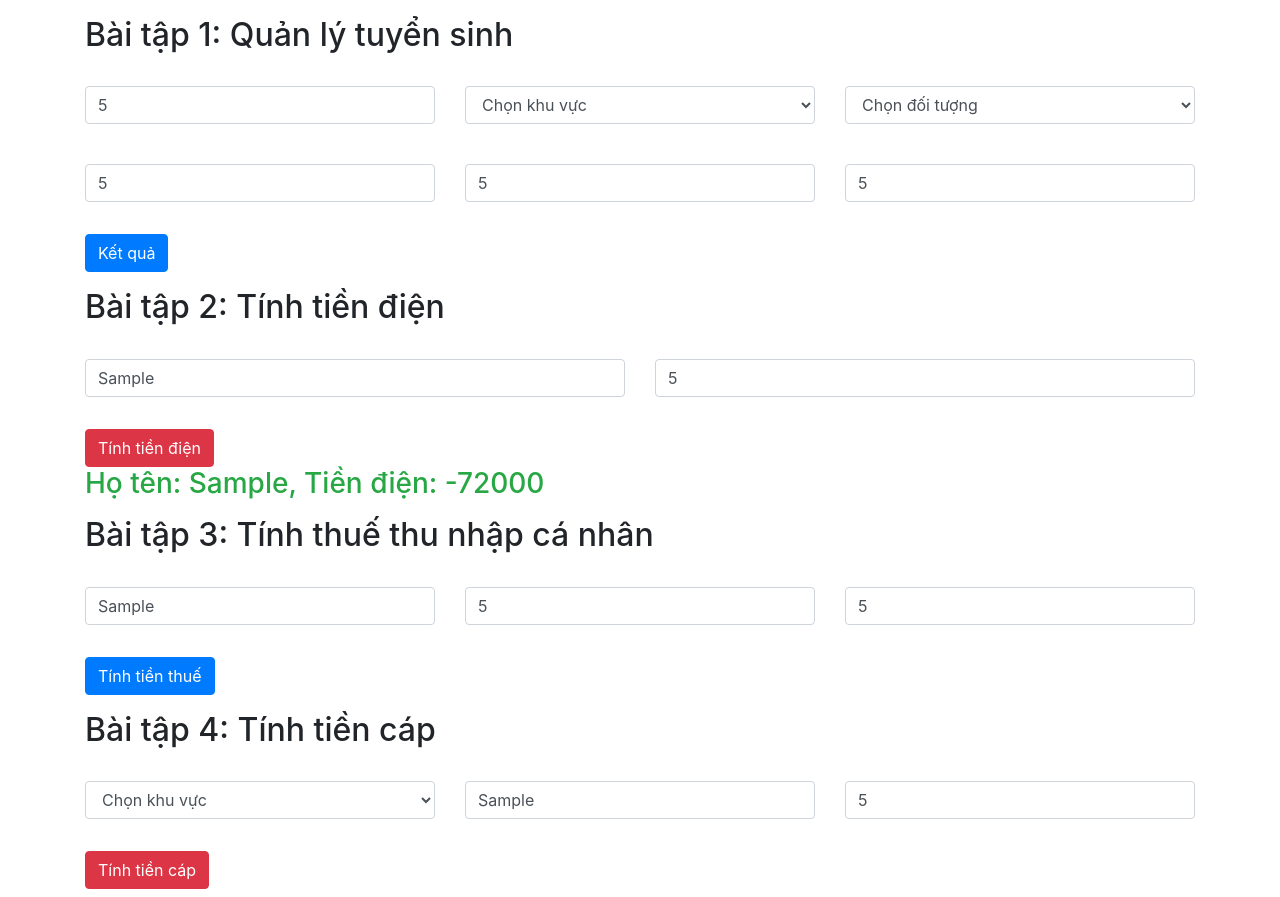
Repository: thanhfrankie/BC10-LeMinhThanh-Js-b5
Page: index.html
The author's editor kept a copy of each file at every save. The page is drawn from the files as they stood at one save, then again after a run of saves.
The browser window is 1280 px wide. The pictures show the whole page.
Empty fields were first filled with sample values (such as "Sample", 5 or name@example.com).
After loading, the first visible `button.btn-danger` was clicked once.

Above is the page before, as saved 2023-12-15 21:27:26.

### index.html
<!DOCTYPE html>
<html lang="en">
  <head>
    <title>Title</title>
    <!-- Required meta tags -->
    <meta charset="utf-8" />
    <meta
      name="viewport"
      content="width=device-width, initial-scale=1, shrink-to-fit=no"
    />

    <!-- Bootstrap CSS -->
    <link
      rel="stylesheet"
      href="https://stackpath.bootstrapcdn.com/bootstrap/4.3.1/css/bootstrap.min.css"
      integrity="sha384-ggOyR0iXCbMQv3Xipma34MD+dH/1fQ784/j6cY/iJTQUOhcWr7x9JvoRxT2MZw1T"
      crossorigin="anonymous"
    />
  </head>
  <body>
    <!-- Bài tập 1 -->
    <div class="container">
      <h2 class="mt-3">Bài tập 1: Quản lý tuyển sinh</h2>
      <div class="row">
        <div class="col-sm-4">
          <div class="form-group">
            <label for="diem-chuan"></label>
            <input
              type="number"
              class="form-control"
              name=""
              id="diem-chuan"
              aria-describedby="helpId"
              placeholder="Điểm chuẩn"
              required
            />
          </div>
        </div>
        <div class="col-sm-4">
          <div class="form-group">
            <label for="khu-vuc"></label>
            <select class="form-control" id="khu-vuc">
              <option selected>Chọn khu vực</option>
              <option>A</option>
              <option>B</option>
              <option>C</option>
            </select>
          </div>
        </div>
        <div class="col-sm-4">
          <div class="form-group">
            <label for="doi-tuong"></label>
            <select class="form-control" id="doi-tuong">
              <option selected>Chọn đối tượng</option>
              <option>1</option>
              <option>2</option>
              <option>3</option>
            </select>
          </div>
        </div>
      </div>
      <div class="row">
        <div class="col-sm-4">
          <div class="form-group">
            <label for="diem-mon-thu-1"></label>
            <input
              type="number"
              class="form-control"
              name=""
              id="diem-mon-thu-1"
              aria-describedby="helpId"
              placeholder="Điểm môn thứ 1"
              required
            />
          </div>
        </div>
        <div class="col-sm-4">
          <div class="form-group">
            <label for="diem-mon-thu-2"></label>
            <input
              type="number"
              class="form-control"
              name=""
              id="diem-mon-thu-2"
              aria-describedby="helpId"
              placeholder="Điểm môn thứ 2"
              required
            />
          </div>
        </div>
        <div class="col-sm-4">
          <div class="form-group">
            <label for="diem-mon-thu-3"></label>
            <input
              type="number"
              class="form-control"
              name=""
              id="diem-mon-thu-3"
              aria-describedby="helpId"
              placeholder="Điểm môn thứ 3"
              required
            />
          </div>
        </div>
      </div>
      <button
        type="button"
        onclick="tuyenSinh()"
        class="btn btn-primary mt-3"
        id="ket-qua-tuyen-sinh"
      >
        Kết quả
      </button>
      <h3 id="ket-qua-cuoi-cung" class="text-success"></h3>
    </div>
    <!-- Bài tập 2 -->
    <div class="container">
      <h2 class="mt-3">Bài tập 2: Tính tiền điện</h2>
      <div class="row">
        <div class="col-sm-6">
          <div class="form-group">
            <label for="ho-ten"></label>
            <input
              type="text"
              class="form-control"
              name=""
              id="ho-ten"
              aria-describedby="helpId"
              placeholder="Nhập họ và tên"
              required
            />
          </div>
        </div>
        <div class="col-sm-6">
          <div class="form-group">
            <label for="so-kw"></label>
            <input
              type="number"
              class="form-control"
              name=""
              id="so-kw"
              aria-describedby="helpId"
              placeholder="Nhập số kw"
              required
            />
          </div>
        </div>
      </div>
      <button type="button" onclick="tinhTienDien()" class="btn btn-danger mt-3">
        Tính tiền điện
      </button>

      <h3 id="thong-tin-hoa-don" class="text-success"></h3>
    </div>
    <!-- Bài tập 3-->
    <div class="container">
      <h2 class="mt-3">Bài tập 3: Tính thuế thu nhập cá nhân</h2>
      <div class="row">
        <div class="col-sm-4">
          <div class="form-group">
            <label for="so-luong-USD"></label>
            <input
              type="text"
              class="form-control"
              name=""
              id="so-luong-USD"
              aria-describedby="helpId"
              placeholder="Nhập số tiền USD"
              required
            />
          </div>
        </div>
        <div class="col-sm-4">
          <div class="form-group">
            <label for="so-luong-USD"></label>
            <input
              type="number"
              class="form-control"
              name=""
              id="so-luong-USD"
              aria-describedby="helpId"
              placeholder="Nhập số tiền USD"
              required
            />
          </div>
        </div>
        <div class="col-sm-4">
          <div class="form-group">
            <label for="so-luong-USD"></label>
            <input
              type="number"
              class="form-control"
              name=""
              id="so-luong-USD"
              aria-describedby="helpId"
              placeholder="Nhập số tiền USD"
              required
            />
          </div>
        </div>
      </div>
      <button type="button" onclick="quyDoiTien()" class="btn btn-primary mt-3">
        Tính tiền thuế
      </button>
      <h3 id="so-luong-VND" class="text-success"></h3>
    </div>
    <!-- Bài tập 4-->
    <div class="container">
      <h2 class="mt-3">Bài tập 4: Tính tiền cáp</h2>
      <div class="row">
        <div class="col-sm-4">
          <div class="form-group">
            <label for=""></label>
            <select class="form-control" id="">
              <option selected>Chọn khu vực</option>
              <option>A</option>
              <option>B</option>
              <option>C</option>
            </select>
          </div>
        </div>
        <div class="col-sm-4">
          <div class="form-group">
            <label for="so-luong-USD"></label>
            <input
              type="text"
              class="form-control"
              name=""
              id="so-luong-USD"
              aria-describedby="helpId"
              placeholder="Nhập số tiền USD"
              required
            />
          </div>
        </div>
        <div class="col-sm-4">
          <div class="form-group">
            <label for="so-luong-USD"></label>
            <input
              type="number"
              class="form-control"
              name=""
              id="so-luong-USD"
              aria-describedby="helpId"
              placeholder="Nhập số tiền USD"
              required
            />
          </div>
        </div>
      </div>
      <button type="button" onclick="quyDoiTien()" class="btn btn-danger mt-3">
        Tính tiền cáp
      </button>

      <h3 id="so-luong-VND" class="text-success"></h3>
    </div>

    <!-- Optional JavaScript -->
    <!-- jQuery first, then Popper.js, then Bootstrap JS -->
    <script
      src="https://code.jquery.com/jquery-3.3.1.slim.min.js"
      integrity="sha384-q8i/X+965DzO0rT7abK41JStQIAqVgRVzpbzo5smXKp4YfRvH+8abtTE1Pi6jizo"
      crossorigin="anonymous"
    ></script>
    <script
      src="https://cdnjs.cloudflare.com/ajax/libs/popper.js/1.14.7/umd/popper.min.js"
      integrity="sha384-UO2eT0CpHqdSJQ6hJty5KVphtPhzWj9WO1clHTMGa3JDZwrnQq4sF86dIHNDz0W1"
      crossorigin="anonymous"
    ></script>
    <script
      src="https://stackpath.bootstrapcdn.com/bootstrap/4.3.1/js/bootstrap.min.js"
      integrity="sha384-JjSmVgyd0p3pXB1rRibZUAYoIIy6OrQ6VrjIEaFf/nJGzIxFDsf4x0xIM+B07jRM"
      crossorigin="anonymous"
    ></script>
    <script src="./index.js"></script>
  </body>
</html>

### index.js
// Bài tập 1
/**
 * B1: tạo biến, lấy giá trị từ input
 * B2: Xét các trường hợp
 * + nếu có môn điểm 0 => rớt
 * + chọn điểm chuẩn: ví dụ: 25
 * + tính điểm ưu tiên
 * + tính điểm tổng kết = tổng 3 môn thi + điểm ưu tiên
 * + so sánh điểm tổng kết và điểm chuẩn để kết luận đậu hay rớt
 * + gán sự kiện cho button
 * B3: hiển thị kết quả
 */
function tuyenSinh() {
  var diemChuan = document.getElementById("diem-chuan").value * 1;
  var diemMon1 = document.getElementById("diem-mon-thu-1").value * 1;
  var diemMon2 = document.getElementById("diem-mon-thu-2").value * 1;
  var diemMon3 = document.getElementById("diem-mon-thu-3").value * 1;
  var tongDiem3Mon = diemMon1 + diemMon2 + diemMon3;
  var khuVucA = 2;
  var khuVucB = 1;
  var khuVucC = 0.5;
  var doiTuong1 = 2.5;
  var doiTuong2 = 1.5;
  var doiTuong3 = 1;
  var isKhuVucUuTien = true;
  var isDoiTuongUuTien = true;
  var diemKhuVuc = document.getElementById("khu-vuc").value;
  var diemDoiTuong = document.getElementById("doi-tuong").value * 1;
  var diemUuTien;
  var diemTongKet;
  var ketQua = document.getElementById("ket-qua-cuoi-cung");

  if (diemMon1 || diemMon2 || diemMon3 == 0) {
    ketQua.innerText = `Kết quả: Rớt!!!`;
  }

  if (!isDoiTuongUuTien && !isKhuVucUuTien) {
    diemUuTien === 0;
    diemTongKet = tongDiem3Mon;
    if (diemTongKet < diemChuan) {
      ketQua.innerText = `Kết quả: ${diemTongKet} - Rớt!!!`;
    }
    ketQua.innerText = `Kết quả: ${diemTongKet} - Đậu `;
  }
  if (!isDoiTuongUuTien && isKhuVucUuTien) {
    if (diemKhuVuc == "A") {
      diemKhuVuc = khuVucA;
      diemUuTien = diemKhuVuc;
      diemTongKet = tongDiem3Mon + diemUuTien;
      if (diemTongKet < diemChuan) {
        ketQua.innerText = `Kết quả: ${diemTongKet} - Rớt!!!`;
      }
      ketQua.innerText = `Kết quả: ${diemTongKet} - Đậu `;
    }
    if (diemKhuVuc == "B") {
      diemKhuVuc = khuVucB;
      diemUuTien = diemKhuVuc;
      diemTongKet = tongDiem3Mon + diemUuTien;
      if (diemTongKet < diemChuan) {
        ketQua.innerText = `Kết quả: ${diemTongKet} - Rớt!!!`;
      }
      ketQua.innerText = `Kết quả: ${diemTongKet} - Đậu `;
    }
    if (diemKhuVuc == "C") {
      diemKhuVuc = khuVucC;
      diemUuTien = diemKhuVuc;
      diemTongKet = tongDiem3Mon + diemUuTien;
      if (diemTongKet < diemChuan) {
        ketQua.innerText = `Kết quả: ${diemTongKet} - Rớt!!!`;
      }
      ketQua.innerText = `Kết quả: ${diemTongKet} - Đậu `;
    }
  }
  if (isDoiTuongUuTien && !isKhuVucUuTien) {
    if (diemDoiTuong == "1") {
      diemDoiTuong = doiTuong1;
      diemUuTien = diemDoiTuong;
      diemTongKet = tongDiem3Mon + diemUuTien;
      if (diemTongKet < diemChuan) {
        ketQua.innerText = `Kết quả: ${diemTongKet} - Rớt!!!`;
      }
      ketQua.innerText = `Kết quả: ${diemTongKet} - Đậu `;
    }
    if (diemDoiTuong == "2") {
      diemDoiTuong = doiTuong2;
      diemUuTien = diemDoiTuong;
      diemTongKet = tongDiem3Mon + diemUuTien;
      if (diemTongKet < diemChuan) {
        ketQua.innerText = `Kết quả: ${diemTongKet} - Rớt!!!`;
      }
      ketQua.innerText = `Kết quả: ${diemTongKet} - Đậu `;
    }
    if (diemDoiTuong == "3") {
      diemDoiTuong = doiTuong3;
      diemUuTien = diemDoiTuong;
      diemTongKet = tongDiem3Mon + diemUuTien;
      if (diemTongKet < diemChuan) {
        ketQua.innerText = `Kết quả: ${diemTongKet} - Rớt!!!`;
      }
      ketQua.innerText = `Kết quả: ${diemTongKet} - Đậu `;
    }
  }
  if (isDoiTuongUuTien && isKhuVucUuTien) {
    if (diemDoiTuong == 1 && diemKhuVuc == "A") {
      diemUuTien = doiTuong1 + khuVucA;
      diemTongKet = tongDiem3Mon + diemUuTien;
      if (diemTongKet < diemChuan) {
        ketQua.innerText = `Kết quả: ${diemTongKet} - Rớt!!!`;
      }
      ketQua.innerText = `Kết quả: ${diemTongKet} - Đậu `;
    }
    if (diemDoiTuong == 1 && diemKhuVuc == "B") {
      diemUuTien = doiTuong1 + khuVucB;
      diemTongKet = tongDiem3Mon + diemUuTien;
      if (diemTongKet < diemChuan) {
        ketQua.innerText = `Kết quả: ${diemTongKet} - Rớt!!!`;
      }
      ketQua.innerText = `Kết quả: ${diemTongKet} - Đậu `;
    }
    if (diemDoiTuong == 1 && diemKhuVuc == "C") {
      diemUuTien = doiTuong1 + khuVucC;
      diemTongKet = tongDiem3Mon + diemUuTien;
      if (diemTongKet < diemChuan) {
        ketQua.innerText = `Kết quả: ${diemTongKet} - Rớt!!!`;
      }
      ketQua.innerText = `Kết quả: ${diemTongKet} - Đậu `;
    }
    if (diemDoiTuong == 2 && diemKhuVuc == "A") {
      diemUuTien = doiTuong2 + khuVucA;
      diemTongKet = tongDiem3Mon + diemUuTien;
      if (diemTongKet < diemChuan) {
        ketQua.innerText = `Kết quả: ${diemTongKet} - Rớt!!!`;
      }
      ketQua.innerText = `Kết quả: ${diemTongKet} - Đậu `;
    }
    if (diemDoiTuong == 2 && diemKhuVuc == "B") {
      diemUuTien = doiTuong2 + khuVucB;

      if (diemTongKet < diemChuan) {
        ketQua.innerText = `Kết quả: ${diemTongKet} - Rớt!!!`;
      }
      ketQua.innerText = `Kết quả: ${diemTongKet} - Đậu `;
    }
    if (diemDoiTuong == 2 && diemKhuVuc == "C") {
      diemUuTien = doiTuong2 + khuVucC;
      diemTongKet = tongDiem3Mon + diemUuTien;
      if (diemTongKet < diemChuan) {
        ketQua.innerText = `Kết quả: ${diemTongKet} - Rớt!!!`;
      }
      ketQua.innerText = `Kết quả: ${diemTongKet} - Đậu `;
    }
    if (diemDoiTuong == 3 && diemKhuVuc == "A") {
      diemUuTien = doiTuong2 + khuVucC;
      diemTongKet = tongDiem3Mon + diemUuTien;
      if (diemTongKet < diemChuan) {
        ketQua.innerText = `Kết quả: ${diemTongKet} - Rớt!!!`;
      }
      ketQua.innerText = `Kết quả: ${diemTongKet} - Đậu `;
    }
    if (diemDoiTuong == 3 && diemKhuVuc == "B") {
      diemUuTien = doiTuong2 + khuVucB;
      diemTongKet = tongDiem3Mon + diemUuTien;
      if (diemTongKet < diemChuan) {
        ketQua.innerText = `Kết quả: ${diemTongKet} - Rớt!!!`;
      }
      ketQua.innerText = `Kết quả: ${diemTongKet} - Đậu `;
    }
    if (diemDoiTuong == 3 && diemKhuVuc == "C") {
      diemUuTien = doiTuong3 + khuVucC;
      diemTongKet = tongDiem3Mon + diemUuTien;
      if (diemTongKet < diemChuan) {
        ketQua.innerText = `Kết quả: ${diemTongKet} - Rớt!!!`;
      }
      ketQua.innerText = `Kết quả: ${diemTongKet} - Đậu `;
    }
  }
}

// Bài tập 2
/**
 * B1: tạo biến, lấy giá trị từ input
 * B2: Tính tiền điện
 * + tạo biến để tính số tiền điện theo kw
 * + xét các trường hợp tiêu thụ điện và tính số tiền tương ứng
 * + gán sự kiện click cho button
 * B3: hiển thị kết quả
 */
function tinhTienDien() {
  var hoTen = document.getElementById("ho-ten").value;
  var soKw = document.getElementById("so-kw").value * 1;
  var ketQua = document.getElementById("thong-tin-hoa-don");
  var tienPhaiTra;
  if (soKw <= 50) {
      tienPhaiTra = soKw * 500;
    ketQua.innerText = `Họ tên: ${hoTen}, Tiền điện: ${tienPhaiTra}`;
  }
  if (50 < soKw <= 100) {
    tienPhaiTra = 50*500 + (soKw-50) * 650;
      ketQua.innerText = `Họ tên: ${hoTen}, Tiền điện: ${tienPhaiTra}`;
  }
  if (100 < soKw <= 200) {
    tienPhaiTra = 50*500 + 50*650 + (soKw -100) * 850;
    ketQua.innerText = `Họ tên: ${hoTen}, Tiền điện: ${tienPhaiTra}`;
  }
  if (200 < soKw <= 350) {
    tienPhaiTra = 50*500 + 50*650 + 100*850 + (soKw-200) * 1100;
      ketQua.innerText = `Họ tên: ${hoTen}, Tiền điện: ${tienPhaiTra}`;

  }
  if (soKw > 350) {
    tienPhaiTra = 50*500 + 50*650 + 100*850 + soKw * 1300;
      ketQua.innerText = `Họ tên: ${hoTen}, Tiền điện: ${tienPhaiTra}`;
      }


}

// Bài tập 3
/**
 * B1: tạo biến, lấy giá trị từ input
 * B2: Tính thuế thu nhập cá nhân
 * + tạo biến để tính lương: lương 1 ngày * số ngày làm
 * + gán sự kiện click cho button
 * B3: hiển thị kết quả
 */

After the next 4 saves:
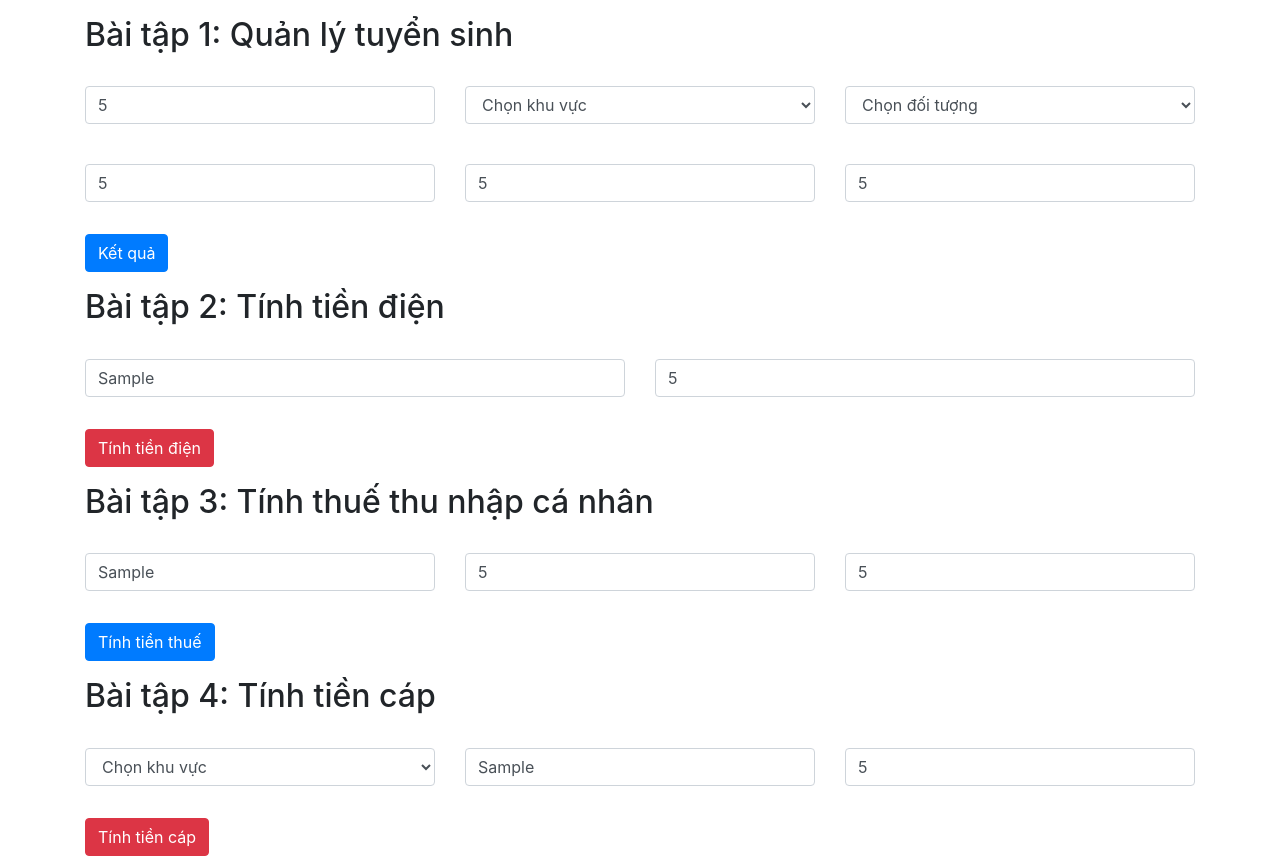
Console error: SyntaxError: Unexpected token ';'
The 4 saves are shown as one change because they came seconds apart.
The last was saved 11 s later.
--- a/index.js
+++ b/index.js
@@ -208,7 +208,7 @@
 
   }
   if (soKw > 350) {
-    tienPhaiTra = 50*500 + 50*650 + 100*850 + soKw * 1300;
+    tienPhaiTra = 50*500 + 50*650 + 100*850 + 100*1100+ (soKw * 1300;
       ketQua.innerText = `Họ tên: ${hoTen}, Tiền điện: ${tienPhaiTra}`;
       }
 

After the save that followed:
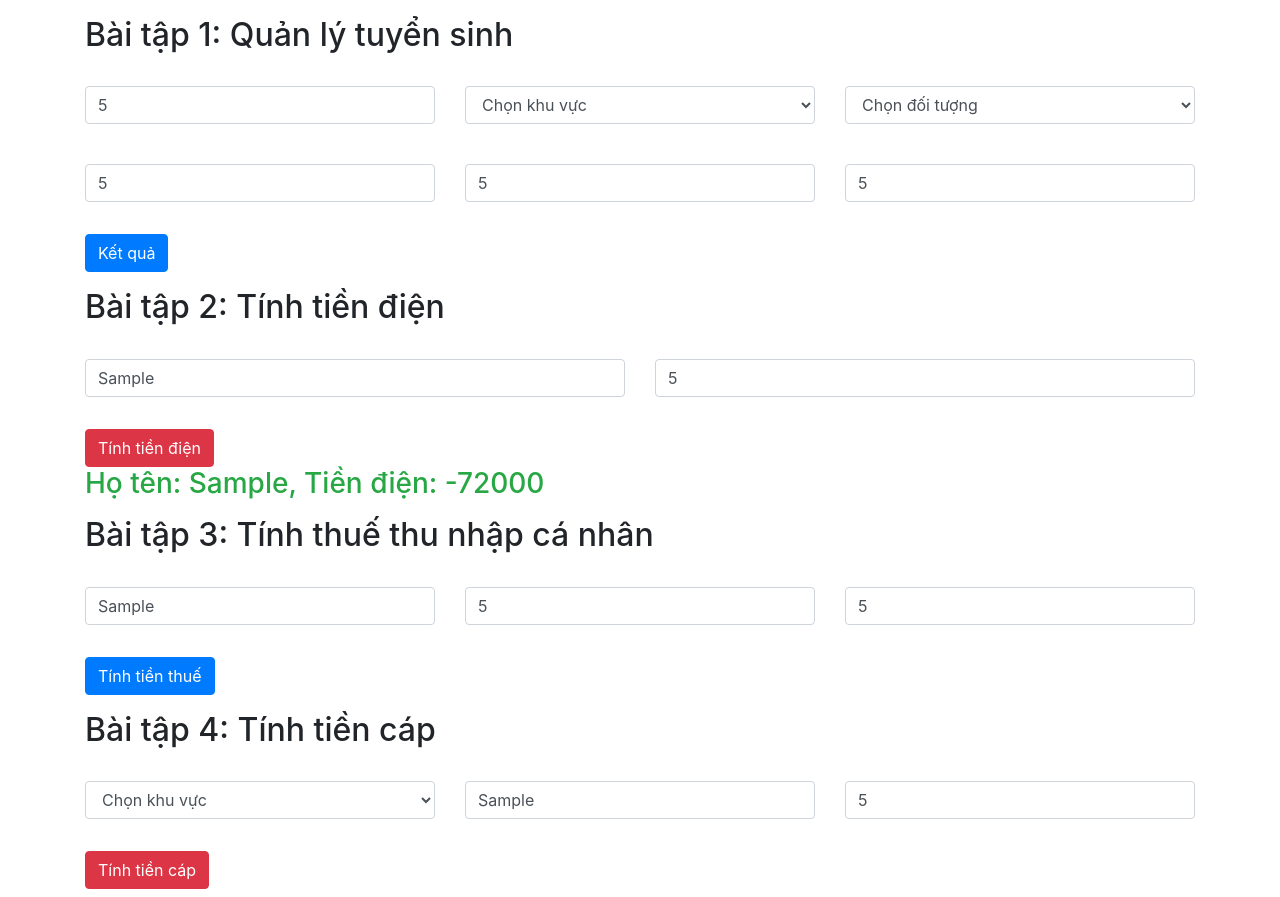
The error is gone.
Saved 4 s later.
--- a/index.js
+++ b/index.js
@@ -208,7 +208,7 @@
 
   }
   if (soKw > 350) {
-    tienPhaiTra = 50*500 + 50*650 + 100*850 + 100*1100+ (soKw * 1300;
+    tienPhaiTra = 50*500 + 50*650 + 100*850 + 100*1100+ (soKw-350) * 1300;
       ketQua.innerText = `Họ tên: ${hoTen}, Tiền điện: ${tienPhaiTra}`;
       }
 
